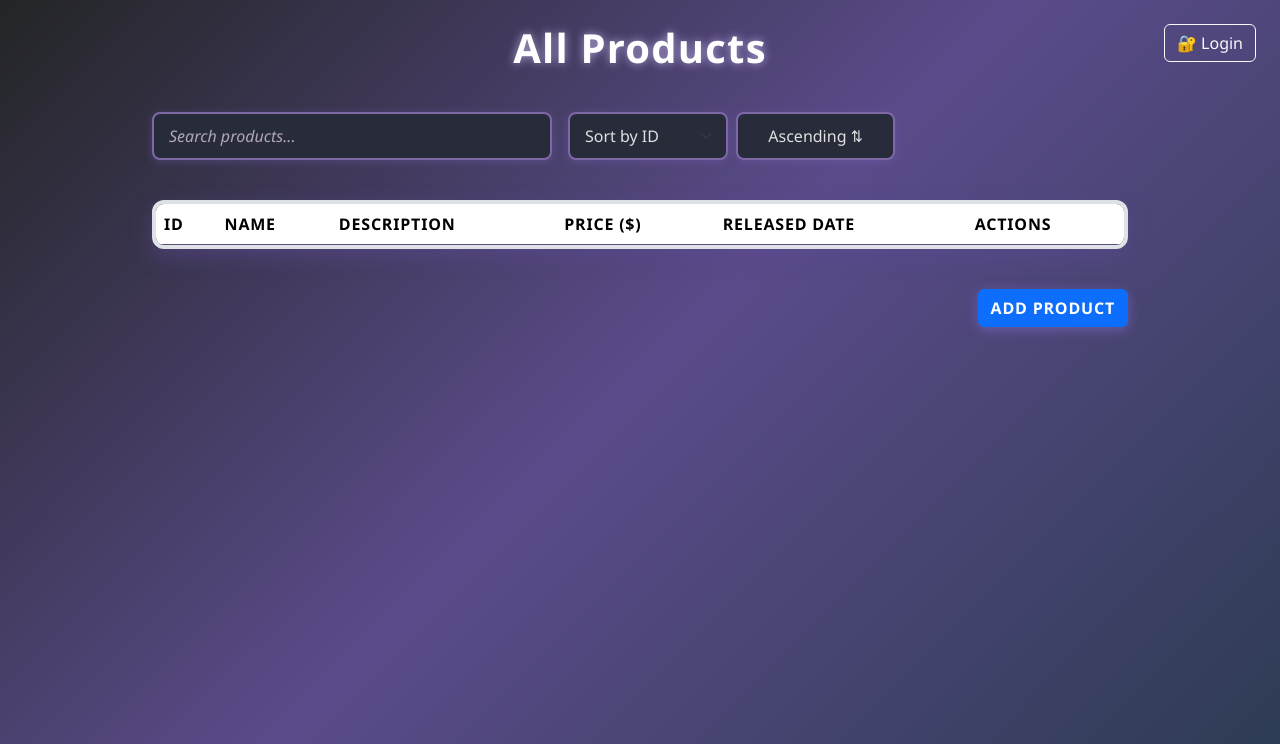
Repository: shyamoracle/training_case_study
Page: pmsagain/pmsitis/src/main/resources/webapp/index.html
The author's editor kept a copy of each file at every save. The page is drawn from the files as they stood at one save, then again after the next save.
The browser window is 1280 px wide. The pictures show the whole page.
The page's requests for data from a server got no answer.

Above is the page before, as saved 2025-09-21 05:12:00.

### pmsagain/pmsitis/src/main/resources/webapp/index.html
<!DOCTYPE html>
<html lang="en">
<head>
  <meta charset="UTF-8" />
  <title>Product List</title>
  <link href="https://cdn.jsdelivr.net/npm/bootstrap@5.3.2/dist/css/bootstrap.min.css" rel="stylesheet" />
  <style>
    /* Body & typography */
    body {
      background: linear-gradient(135deg, #232526, #5b4b8a, #2e3c54);
      color: #e0e0e0;
      font-family: 'Segoe UI', Tahoma, Geneva, Verdana, sans-serif;
      min-height: 100vh;
      padding-bottom: 2rem;
    }

    /* Header */
    h1 {
      text-align: center;
      margin-bottom: 2.5rem;
      color: rgb(255, 255, 255)!important;
      font-weight: 700;
      letter-spacing: 1.2px;
      text-shadow: 0 0 10px rgba(216, 202, 255, 0.7);
    }

    /* Container tweaks */
    .container {
      max-width: 1000px;
    }
    #searchInput {
  width: 100%;
  max-width: 400px;
  padding: 10px 15px;
  margin-bottom: 1.5rem;
  border: 2px solid #7e68a6;  /* lavender border */
  border-radius: 8px;
  background-color: #282c3a;  /* matching table background */
  color: #e0e0e0;
  font-size: 1rem;
  box-shadow: 0 2px 8px rgba(125, 105, 200, 0.3);
  transition: border-color 0.3s ease, box-shadow 0.3s ease;
}

#searchInput::placeholder {
  color: #b0a6c0;
  font-style: italic;
}

#searchInput:focus {
  outline: none;
  border-color: #a593d1;  /* lighter lavender on focus */
  box-shadow: 0 0 8px 2px rgba(165, 147, 209, 0.7);
  background-color: #2e3150;
}


    /* Table styling */
    table {
      border-collapse: separate !important;
      border-spacing: 0;
      border-radius: 12px;
      overflow: hidden;
      border: 4px solid white;  /* thick white border */
      background-color: #282c3a;
      box-shadow: 0 8px 20px rgba(89, 74, 146, 0.5);
      transition: box-shadow 0.3s ease;
      width: 100%;
    }

    table:hover {
      box-shadow: 0 12px 30px rgba(89, 74, 146, 0.8);
    }

    thead th {
      background-color: #7e68a6;
      color: #fff;
      font-weight: 600;
      border-bottom: 3px solid #5a4d7a;
      padding: 14px 50px;
      letter-spacing: 0.05em;
      text-transform: uppercase;
      user-select: none;
    }

    tbody tr:hover {
      background-color: #3b3f58;
      cursor: pointer;
      transition: background-color 0.3s ease;
    }

    tbody td {
      border-top: 1px solid #5a4d7a;
      padding: 14px 50px;
      color: #cfcfe3;
      vertical-align: middle;
    }

    tbody tr:last-child td:first-child {
      border-bottom-left-radius: 12px;
    }

    tbody tr:last-child td:last-child {
      border-bottom-right-radius: 12px;
    }

    /* Action buttons in table */
    .btn-sm {
      padding: 0.25rem 0.5rem;
      font-size: 0.875rem;
    }

    /* Add Product button */
    .btn-add {
      margin-top: 1.5rem;
      margin-bottom: 1rem;
      float: right;
      box-shadow: 0 3px 12px rgba(125, 105, 200, 0.6);
      font-weight: 600;
      letter-spacing: 0.05em;
      text-transform: uppercase;
      transition: background-color 0.3s ease, box-shadow 0.3s ease;
    }

    .btn-add:hover {
      background-color: #6a54a2;
      box-shadow: 0 5px 15px rgba(125, 105, 200, 0.9);
    }
#sortSelect {
  min-width: 160px;
 width: 100%;
  max-width: 400px;
  padding: 10px 15px;
  margin-bottom: 1.5rem;
  border: 2px solid #7e68a6;  /* lavender border */
  border-radius: 8px;
  background-color: #282c3a;  /* matching table background */
  color: #e0e0e0;
  font-size: 1rem;
  box-shadow: 0 2px 8px rgba(125, 105, 200, 0.3);
  transition: border-color 0.3s ease, box-shadow 0.3s ease;
}

#toggleOrderBtn {
  min-width: 130px;
   width: 100%;
  max-width: 400px;
  padding: 10px 15px;
  margin-bottom: 1.5rem;
  border: 2px solid #7e68a6;  /* lavender border */
  border-radius: 8px;
  background-color: #282c3a;  /* matching table background */
  color: #e0e0e0;
  font-size: 1rem;
  box-shadow: 0 2px 8px rgba(125, 105, 200, 0.3);
  transition: border-color 0.3s ease, box-shadow 0.3s ease;
}



    /* Responsive adjustments */
    @media (max-width: 768px) {
      thead th, tbody td {
        padding: 10px 12px;
      }
      .btn-add {
        float: none;
        display: block;
        width: 100%;
        text-align: center;
      }
    }
  </style>
</head>
<body>
  <div class="container mt-4">
  <button
  class="btn btn-outline-light position-absolute top-0 end-0 m-4"
  data-bs-toggle="modal"
  data-bs-target="#loginModal"
  title="Login to change DB credentials"
>
  🔐 Login
</button>

  <!-- Login Modal -->
<div class="modal fade" id="loginModal" tabindex="-1" aria-labelledby="loginModalLabel" aria-hidden="true">
  <div class="modal-dialog">
    <div class="modal-content text-dark">
      <div class="modal-header">
        <h5 class="modal-title" id="loginModalLabel">Login to DB</h5>
        <button type="button" class="btn-close" data-bs-dismiss="modal" aria-label="Close"></button>
      </div>
      <div class="modal-body">
        <form id="loginForm">
          <div class="mb-3">
            <label for="dbUsername" class="form-label">Username</label>
            <input type="text" class="form-control" id="dbUsername" required value="shyam" />
          </div>
          <div class="mb-3">
            <label for="dbPassword" class="form-label">Password</label>
            <input type="password" class="form-control" id="dbPassword" required value="shyam" />
          </div>
          <div class="d-flex justify-content-end">
            <button type="submit" class="btn btn-primary">Login</button>
          </div>
        </form>
      </div>
    </div>
  </div>
</div>

    <h1>All Products</h1>

   <div class="d-flex flex-wrap align-items-center gap-3 mb-3">
  <input
    type="text"
    id="searchInput"
    placeholder="Search products..."
    aria-label="Search products"
    class="flex-grow-1"
  />

  <div class="d-flex gap-2 ">
    <select id="sortSelect" class="form-select">
      <option value="productId">Sort by ID</option>
      <option value="productName">Sort by Name</option>
      <option value="productDescription">Sort by Description</option>
      <option value="productPrice">Sort by Price</option>
      <option value="productReleasedOn">Sort by Release Date</option>
    </select>

    <button id="toggleOrderBtn" class="btn btn-outline-light">Ascending ⇅</button>
  </div>
</div>


    <table class="table">
      <thead>

  <tr>
    <th data-column="productId" class="sortable">ID</th>
    <th data-column="productName" class="sortable">Name</th>
    <th data-column="productDescription" class="sortable">Description</th>
    <th data-column="productPrice" class="sortable">Price ($)</th>
    <th data-column="productReleasedOn" class="sortable">Released Date</th>
    <th>Actions</th>
  </tr>
</thead>

      <tbody id="productTableBody"></tbody>
    </table>

    <a href="add-product.html" class="btn btn-primary btn-add">Add Product</a>

  </div>

  <script src="js/api.js"></script>
  <script src="js/main.js"></script>
  <script src="js/search.js"></script>
  <script src="js/sort.js"></script>
  <script src="https://cdn.jsdelivr.net/npm/bootstrap@5.3.2/dist/js/bootstrap.bundle.min.js"></script>

</body>
</html>

### pmsagain/pmsitis/src/main/resources/webapp/js/api.js
const API_BASE = "http://localhost:8080/pmsapp/webapi/products";

async function getAllProducts() {
  const res = await fetch(`${API_BASE}/all`);
  return await res.json();
}

async function deleteProduct(id) {
  await fetch(`${API_BASE}/delete/${id}`, { method: "DELETE" });
}

async function addProduct(product) {
  return await fetch(`${API_BASE}/add`, {
    method: "POST",
    headers: { "Content-Type": "application/json" },
    body: JSON.stringify(product),
  });
}

async function getProduct(id) {
  const res = await fetch(`${API_BASE}/view?id=${id}`);
  return await res.json();
}

async function updateProduct(id, product) {
  return await fetch(`${API_BASE}/edit/${id}`, {
    method: "PUT",
    headers: { "Content-Type": "application/json" },
    body: JSON.stringify(product),
  });
}

### pmsagain/pmsitis/src/main/resources/webapp/js/main.js
let productsCache = [];

document.addEventListener("DOMContentLoaded", async () => {
  productsCache = await getAllProducts();

  // Initialize sorting and render the result
  const initiallySorted = initSortUI(productsCache, renderTable);
  renderTable(initiallySorted);

  initSearch(); // still in search.js
});

function renderTable(products) {
  const tableBody = document.getElementById("productTableBody");
  tableBody.innerHTML = "";

  products.forEach(product => {
    const row = document.createElement("tr");
    row.innerHTML = `
      <td>${product.productId}</td>
      <td>${product.productName}</td>
      <td>${product.productDescription}</td>
      <td>${product.productPrice}</td>
      <td>${product.productReleasedOn}</td>
      <td>
        <a href="edit-product.html?id=${product.productId}" class="btn btn-sm btn-primary">Edit</a>
        <button class="btn btn-sm btn-danger" onclick="deleteAndReload(${product.productId})">Delete</button>
      </td>`;
    tableBody.appendChild(row);
  });
}

async function deleteAndReload(id) {
  if (confirm("Are you sure you want to delete this product?")) {
    await deleteProduct(id);
    window.location.reload();
  }
}

### pmsagain/pmsitis/src/main/resources/webapp/js/search.js
// search.js
document.addEventListener('DOMContentLoaded', () => {
  const searchInput = document.getElementById('searchInput');
  const tableBody = document.getElementById('productTableBody');

  if (!searchInput || !tableBody) return; // safety check

  searchInput.addEventListener('input', () => {
    const filter = searchInput.value.toLowerCase();
    const rows = tableBody.getElementsByTagName('tr');

    for (let row of rows) {
      let text = '';
      for (let cell of row.cells) {
        text += cell.textContent.toLowerCase() + ' ';
      }
      row.style.display = text.includes(filter) ? '' : 'none';
    }
  });
});
/**
 *
 */

### pmsagain/pmsitis/src/main/resources/webapp/js/sort.js
// sort.js

let currentSort = { column: 'productId', ascending: true };

function initSortUI(products, onSortedCallback) {
  const sortSelect = document.getElementById("sortSelect");
  const toggleOrderBtn = document.getElementById("toggleOrderBtn");

  // Set default text
  toggleOrderBtn.textContent = currentSort.ascending ? "Ascending" : "Descending";

  // Event: Change column
  sortSelect.addEventListener("change", () => {
    currentSort.column = sortSelect.value;
    const sorted = sortProducts(products);
    onSortedCallback(sorted);
  });

  // Event: Toggle order
  toggleOrderBtn.addEventListener("click", () => {
    currentSort.ascending = !currentSort.ascending;
    toggleOrderBtn.textContent = currentSort.ascending ? "Ascending" : "Descending";
    const sorted = sortProducts(products);
    onSortedCallback(sorted);
  });

  // Initial sort
  return sortProducts(products);
}

function sortProducts(products) {
  return [...products].sort((a, b) => {
    let valA = a[currentSort.column];
    let valB = b[currentSort.column];

    if (!isNaN(valA) && !isNaN(valB)) {
      valA = parseFloat(valA);
      valB = parseFloat(valB);
    } else if (isValidDate(valA) && isValidDate(valB)) {
      valA = new Date(valA);
      valB = new Date(valB);
    } else {
      valA = valA.toString().toLowerCase();
      valB = valB.toString().toLowerCase();
    }

    if (valA < valB) return currentSort.ascending ? -1 : 1;
    if (valA > valB) return currentSort.ascending ? 1 : -1;
    return 0;
  });
}

function isValidDate(val) {
  return !isNaN(Date.parse(val));
}

After the next save:
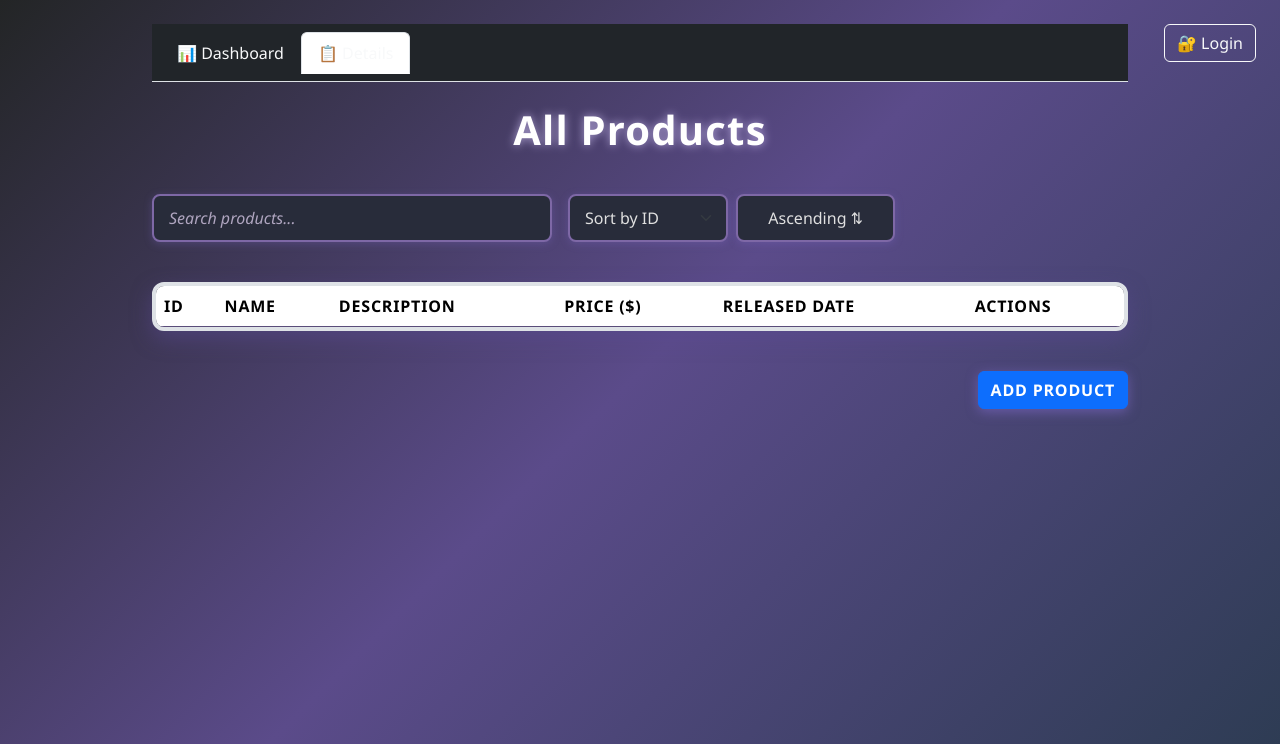
Saved 39 s later.
--- a/pmsagain/pmsitis/src/main/resources/webapp/index.html
+++ b/pmsagain/pmsitis/src/main/resources/webapp/index.html
@@ -174,6 +174,15 @@
 </head>
 <body>
   <div class="container mt-4">
+  <ul class="nav nav-tabs bg-dark p-2 mb-4">
+  <li class="nav-item">
+    <a class="nav-link text-light" href="dashboard.html">📊 Dashboard</a>
+  </li>
+  <li class="nav-item">
+    <a class="nav-link text-light active" href="index.html">📋 Details</a>
+  </li>
+</ul>
+
   <button
   class="btn btn-outline-light position-absolute top-0 end-0 m-4"
   data-bs-toggle="modal"
